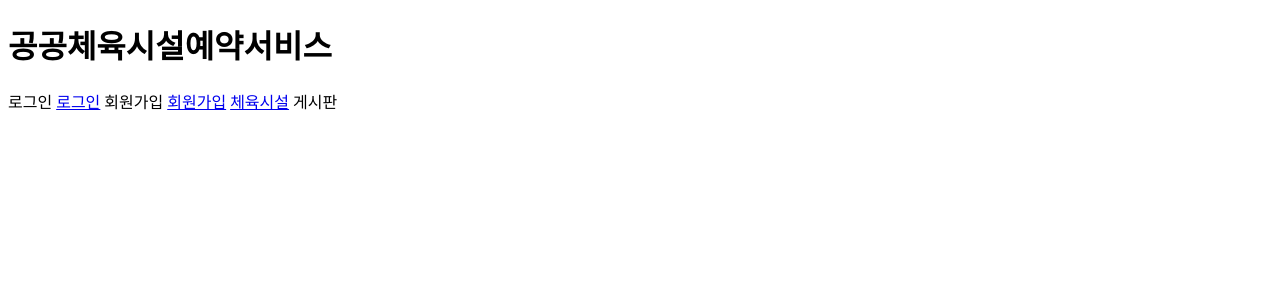
Repository: shinyunseok/portfolio1
Page: portfolio/src/main/resources/static/index.html
The author's editor kept a copy of each file at every save. The page is drawn from the files as they stood at one save, then again after the next save.
The browser window is 1280 px wide. The pictures show the whole page.

Above is the page before, as saved 2023-05-24 07:59:23.

After the next save:
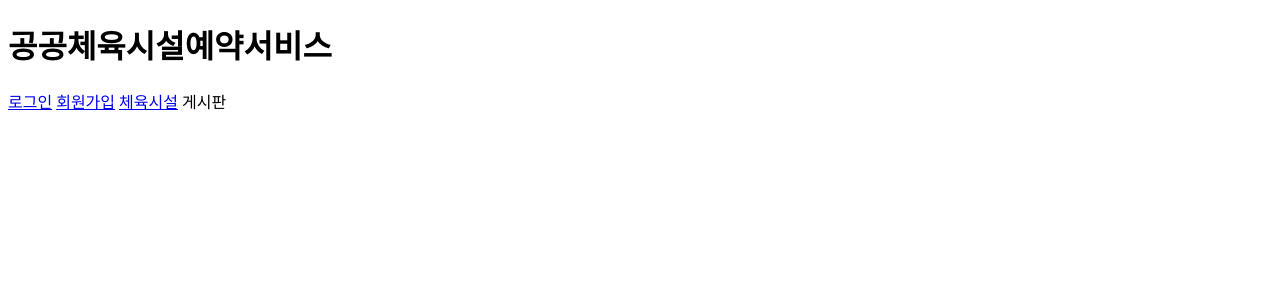
Saved 4 min 9 s later.
--- a/portfolio/src/main/resources/static/index.html
+++ b/portfolio/src/main/resources/static/index.html
@@ -5,10 +5,10 @@
 <title>Index</title>
 </head>
 <body>
-	<h1>공공체육시설예약서비스</h1>
+	<h1>공공체육시설예약서비스</h1> <a href="login.do">로그인</a> <a href="insertUser.do">회원가입</a>
 
-	로그인 <a href="login.do">로그인</a>
-	회원가입 <a href="insertUser.do">회원가입</a>
+
+
 	<a href="#">체육시설</a>
 	<a >게시판</a>
 </body>
